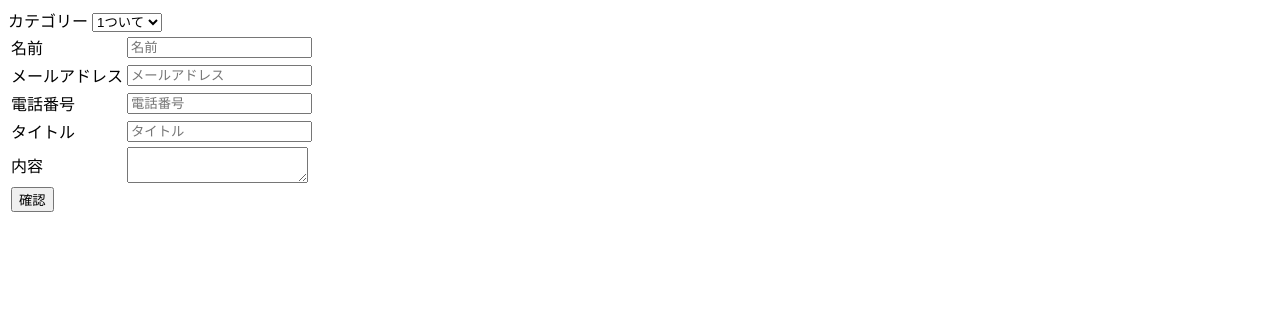
Repository: ryuhei0204/test
Page: http://localhost/Mytest/contact.jsp
These files come from the project's save history. The page is drawn as it stood at one moment and after the next save; the edit follows.
The browser window is 1280 px wide. The pictures show the whole page.
The page is served by Tomcat 9.

Above is the page before, as saved 2019-06-27 04:50:31.

After the next save:
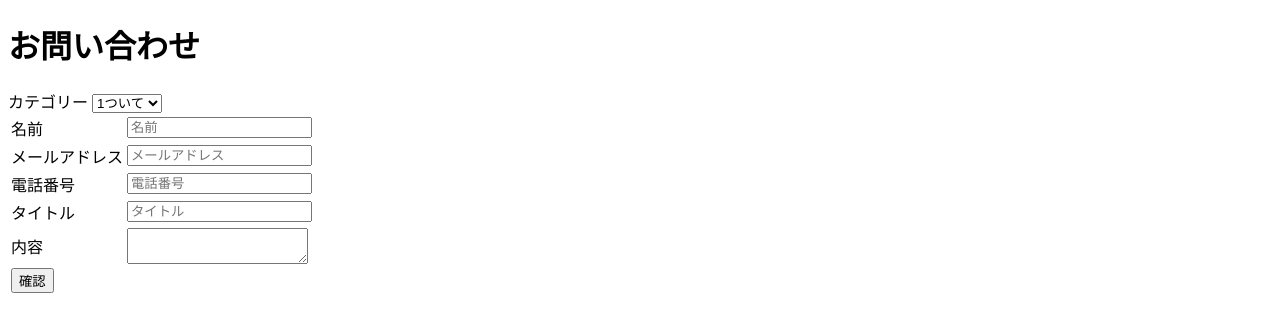
Saved 9 min 53 s later.
--- a/Mytest/WebContent/contact.jsp
+++ b/Mytest/WebContent/contact.jsp
@@ -9,6 +9,8 @@
 </head>
 <body>
 	<script src="js/button.js"></script>
+
+	<h1>お問い合わせ</h1>
 
 	<form action="ContactConfirmAction">
 
